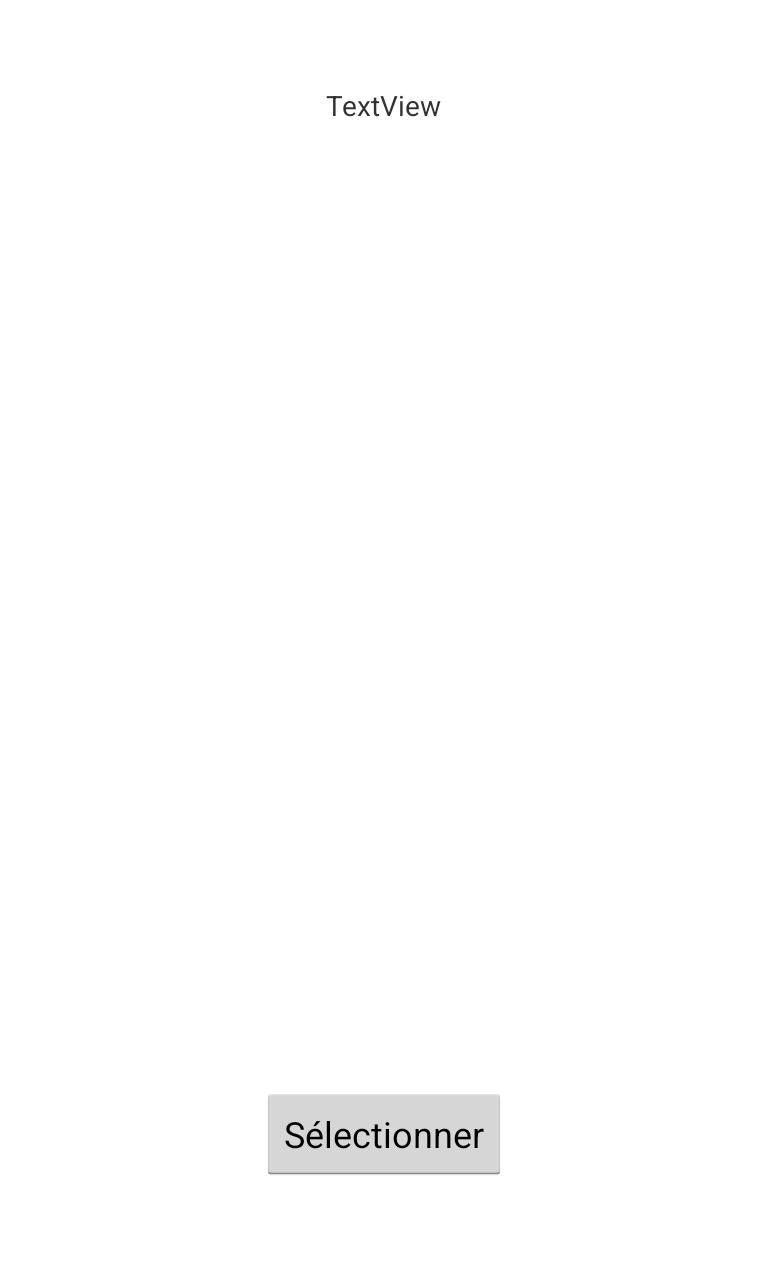
Repository: didjo972/Annuaire
Layout: Annuaire/res/layout/activity_main.xml
An editor plug-in stored every save of this project. The layout is shown before and after the next save, followed by the edit.
It is drawn on a 768 x 1280 px phone screen (xhdpi) without system bars, with theme AppTheme; the app's code is not run. Lists and similar views that code fills are empty.

Above is the layout before, as saved 2015-04-07 12:27:24.

After the next save:
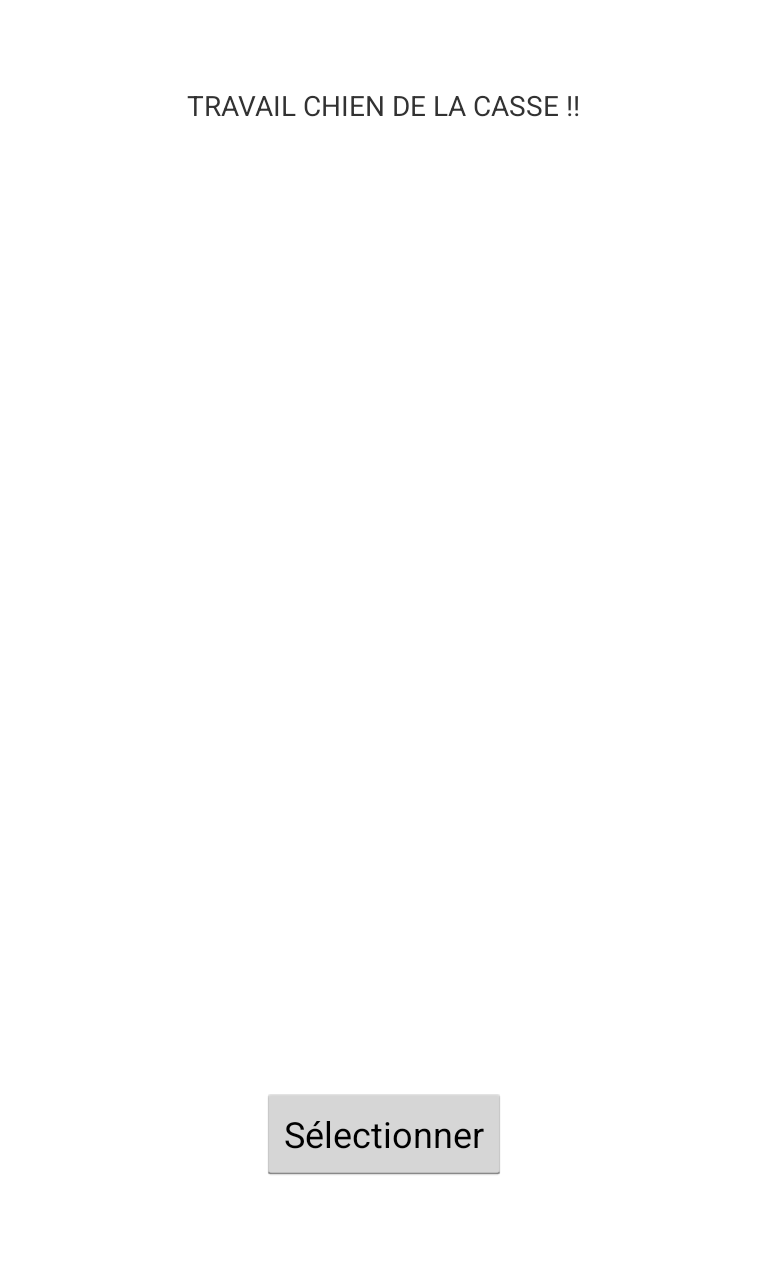
Saved 42 s later.
--- a/Annuaire/res/layout/activity_main.xml
+++ b/Annuaire/res/layout/activity_main.xml
@@ -34,6 +34,6 @@
         android:layout_below="@+id/listView1"
         android:layout_centerHorizontal="true"
         android:layout_marginTop="27dp"
-        android:text="TextView" />
+        android:text="TRAVAIL CHIEN DE LA CASSE !!" />
 
 </RelativeLayout>
